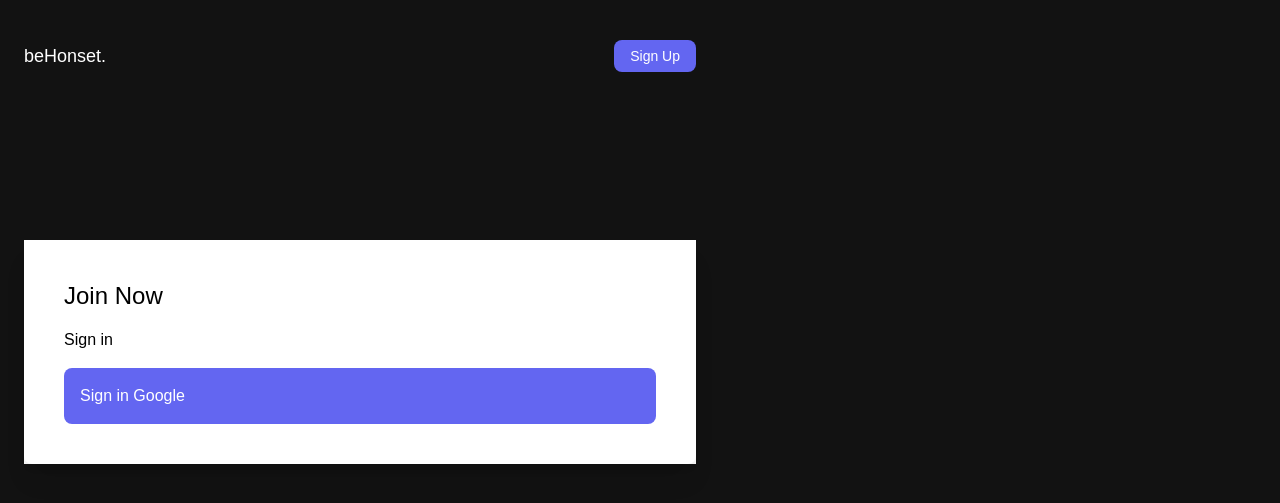
Repository: aidenfine/be-honset
Page: /login
An editor plug-in stored every save of this project. The page is shown before and after the next save, followed by the edit.
The browser window is 1280 px wide. The pictures show the whole page.
The project was rebuilt for these pictures with package versions that can differ from the ones it lists, and the page was loaded fresh each time. The framework's server and built-in components were replaced by stand-ins that run in the browser. Also part of the build but not shown: next.config.js.

Above is the page before, as saved 2022-10-26 18:36:31.

After the next save:
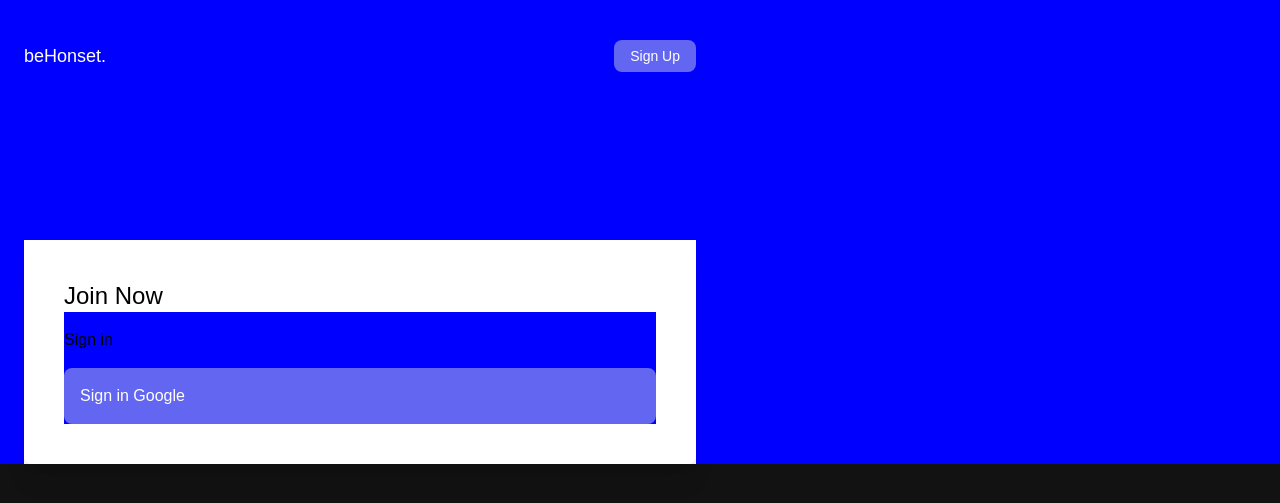
Saved 29 s later.
--- a/styles/globals.css
+++ b/styles/globals.css
@@ -12,6 +12,6 @@
   background-color: #121212;
 }
 
-penis {
+div {
   background-color: blue;
 }

After the save that followed:
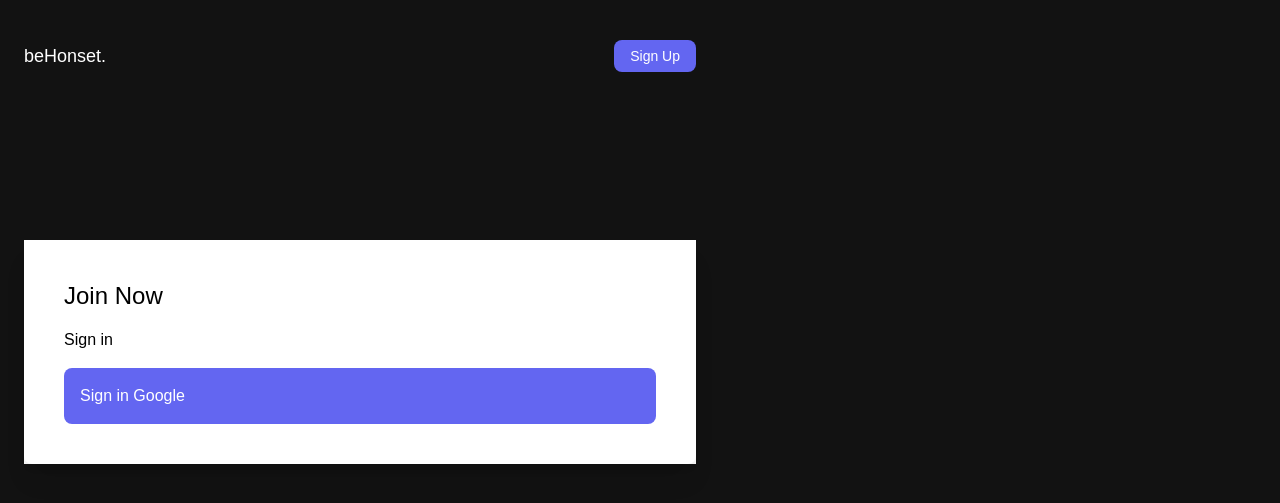
Saved 5 s later.
--- a/styles/globals.css
+++ b/styles/globals.css
@@ -12,6 +12,6 @@
   background-color: #121212;
 }
 
-div {
+ {
   background-color: blue;
 }
